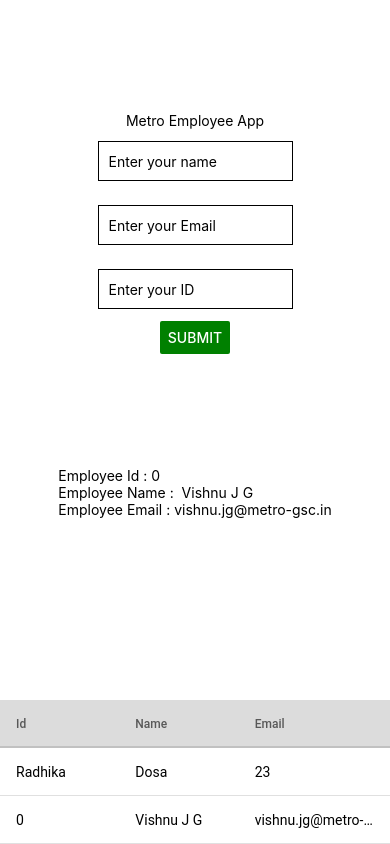
Repository: VishnuJG/Metro-Employee-App
Screen: /
An editor plug-in stored every save of this project. The screen is shown before and after the next save, followed by the edit.
The app was drawn by React Native's web renderer in a window 390 px wide. The project was rebuilt for these pictures with package versions that can differ from the ones it lists, and the page was loaded fresh each time.

Above is the screen before, as saved 2022-06-28 14:50:31.

### App.js
import { StatusBar } from 'expo-status-bar';
import React, { useState } from "react";
import { StyleSheet, Text, View, TextInput, Button, Alert} from 'react-native';
import { useDimensions } from '@react-native-community/hooks';
import Task from './components/Task';
import { DataTable } from "react-native-paper";
import Table from './components/Table';


export default function App() {

  // const {landscape}=useDimensions();
  const [emp, onEmpUpdate] = useState([{ id: 0, name: " Vishnu J G", email:"vishnu.jg@metro-gsc.in" }]);
  const [name, onChangeName] = useState("");
  const [email, onChangeEmail] = useState("");
  const [id, onChangeid] = useState(null);
  const onSubmit=(e)=>{
    e.preventDefault();
    if(!name){
      Alert.alert('Invalid Name', 'Invalid Name field',[{text: 'Okay', onPress:()=>{console.log("Okay Pressed")}},{text: 'No', onPress:()=>{console.log("No Pressed")}}])
    }
    if(!email){
      Alert.alert('Invalid Email', 'Invalid Email field',[{text: 'Okay', onPress:()=>{console.log("Okay Pressed")}},{text: 'No', onPress:()=>{console.log("No Pressed")}}])
    }
    if(!/\S+@\S+\.\S+/.test(email)){
      Alert.alert('Invalid Email', 'Invalid Email field',[{text: 'Okay', onPress:()=>{console.log("Okay Pressed")}},{text: 'No', onPress:()=>{console.log("No Pressed")}}])
    }
    if(!id){
      Alert.alert('Invalid Id', 'Invalid ID field',[{text: 'Okay', onPress:()=>{console.log("Okay Pressed")}},{text: 'No', onPress:()=>{console.log("No Pressed")}}])
    }
    console.log(name);
    console.log(email);
    console.log(id);
    const newEmp={id, name, email};
    onChangeName('');
    onChangeEmail('');
    onChangeid(null);
    onEmpUpdate([...emp, newEmp]);
  }
  return (
    <View style={styles.container} >
        <View style={styles.container}>
        <Text>Metro Employee App</Text>

        <TextInput
          style={styles.input}
          onChangeText={onChangeName}
          placeholder="Enter your name"
          value={name}
        />
        <TextInput
          style={styles.input}
          onChangeText={onChangeEmail}
          value={email}
          placeholder="Enter your Email"
          // keyboardType="numeric"
        />

        <TextInput
          style={styles.input}
          onChangeText={onChangeid}
          value={id}
          placeholder="Enter your ID"
          keyboardType="numeric"
        />
        <Button title="Submit"
          color="green"
          onPress={onSubmit}
          /></View>
        <View style={{flex:0.5, flexDirection: 'column'}}>
        {emp.map((newid)=>(<Task key={newid.id} ename={newid.name} eid={newid.id} eemail={newid.email}/>))}
        </View>
        <DataTable >
          <DataTable.Header style={styles.tableHeader}>
            <DataTable.Title>Id</DataTable.Title>
            <DataTable.Title>Name</DataTable.Title>
            <DataTable.Title>Email</DataTable.Title>
          </DataTable.Header>
          <DataTable.Row>
            <DataTable.Cell>Radhika</DataTable.Cell>
            <DataTable.Cell>Dosa</DataTable.Cell>
            <DataTable.Cell>23</DataTable.Cell>
          </DataTable.Row>
          {emp.map((newid)=>(<Table key={newid.id} ename={newid.name} eid={newid.id} eemail={newid.email}/>))}
        </DataTable>
    </View>
  );
}

const styles = StyleSheet.create({
  container: {
    flex: 1,
    flexDirection: 'column',
    backgroundColor: '#fff',
    alignItems: 'center',
    justifyContent: 'center',
    fontSize: 20,
    // paddingTop:20,
    width:'100%',
  },
  input: {
    height: 40,
    margin: 12,
    borderWidth: 1,
    width:'50%',
    padding: 10,
  },
  tableHeader: {
    backgroundColor: '#DCDCDC',
  },

});

### components/Task.js
import { StatusBar } from 'expo-status-bar';
import React, { useState } from "react";
import { StyleSheet, Text, View, TextInput, Button, Alert} from 'react-native';
import { useDimensions } from '@react-native-community/hooks';


export default function Task(props) {
  console.log("Hello");
  return (
    <View style={styles.employee}>
      <Text>Employee Id : {props.eid}</Text>
      <Text>Employee Name : {props.ename}</Text>
      <Text>Employee Email : {props.eemail}</Text>

    </View>


  );
}

const styles = StyleSheet.create({
  employee:{
    width:'100%',
    flex:1,
    // flexDirection:'row',
    // justifyContent: 'flex-start',
  }
});

### components/Table.js
import { StatusBar } from 'expo-status-bar';
import React, { useState } from "react";
import { StyleSheet, Text, View, TextInput, Button, Alert} from 'react-native';
import { useDimensions } from '@react-native-community/hooks';
import { DataTable } from "react-native-paper";


export default function Table(props) {
  console.log("Hello");
  return (
    <DataTable.Row>
            <DataTable.Cell>{props.eid}</DataTable.Cell>
            <DataTable.Cell>{props.ename}</DataTable.Cell>
            <DataTable.Cell>{props.eemail}</DataTable.Cell>
    </DataTable.Row>


  );
}

const styles = StyleSheet.create({
  employee:{
    width:'100%',
    flex:1,
    // flexDirection:'row',
    // justifyContent: 'flex-start',
  }
});

After the next save:
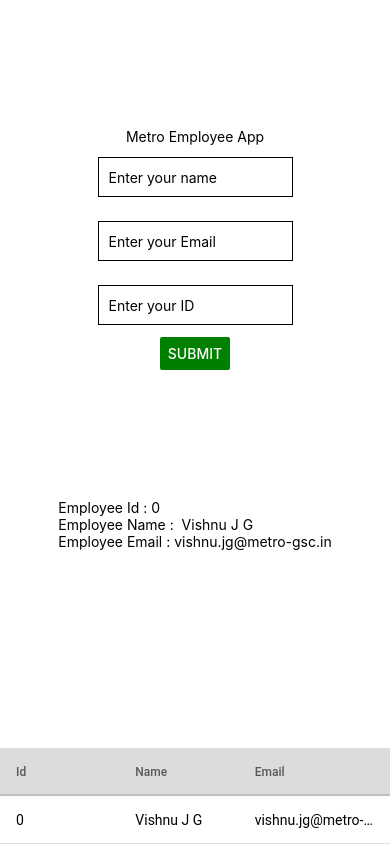
Saved 34 s later.
--- a/App.js
+++ b/App.js
@@ -76,11 +76,7 @@ export default function App() {
             <DataTable.Title>Name</DataTable.Title>
             <DataTable.Title>Email</DataTable.Title>
           </DataTable.Header>
-          <DataTable.Row>
-            <DataTable.Cell>Radhika</DataTable.Cell>
-            <DataTable.Cell>Dosa</DataTable.Cell>
-            <DataTable.Cell>23</DataTable.Cell>
-          </DataTable.Row>
+
           {emp.map((newid)=>(<Table key={newid.id} ename={newid.name} eid={newid.id} eemail={newid.email}/>))}
         </DataTable>
     </View>
